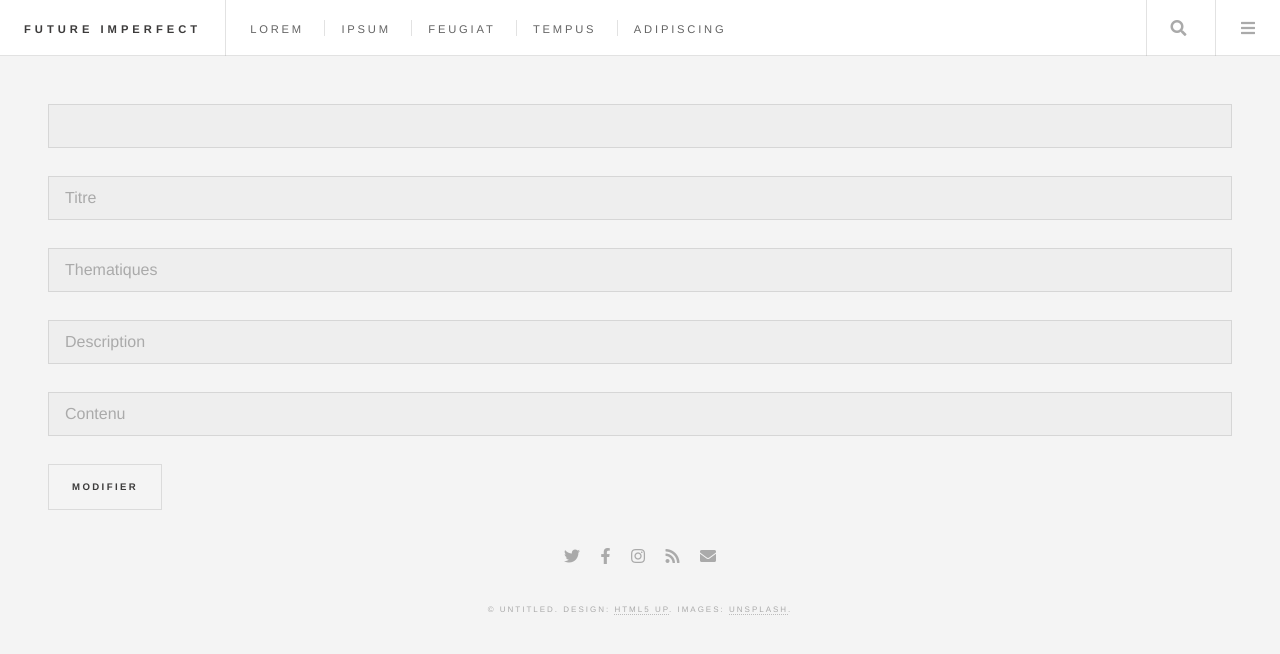
Repository: b0b1n/front-mini-wiki
Page: http://localhost/Mini-Wiki/view/ModifierPage.jsp
An editor plug-in stored every save of this project. The page is shown before and after the next save, followed by the edit.
The browser window is 1280 px wide. The pictures show the whole page.
Some web fonts or font styles are not loaded; a fallback is used. The page is served by Tomcat 10.

Above is the page before, as saved 2022-05-05 22:52:33.

After the next save:
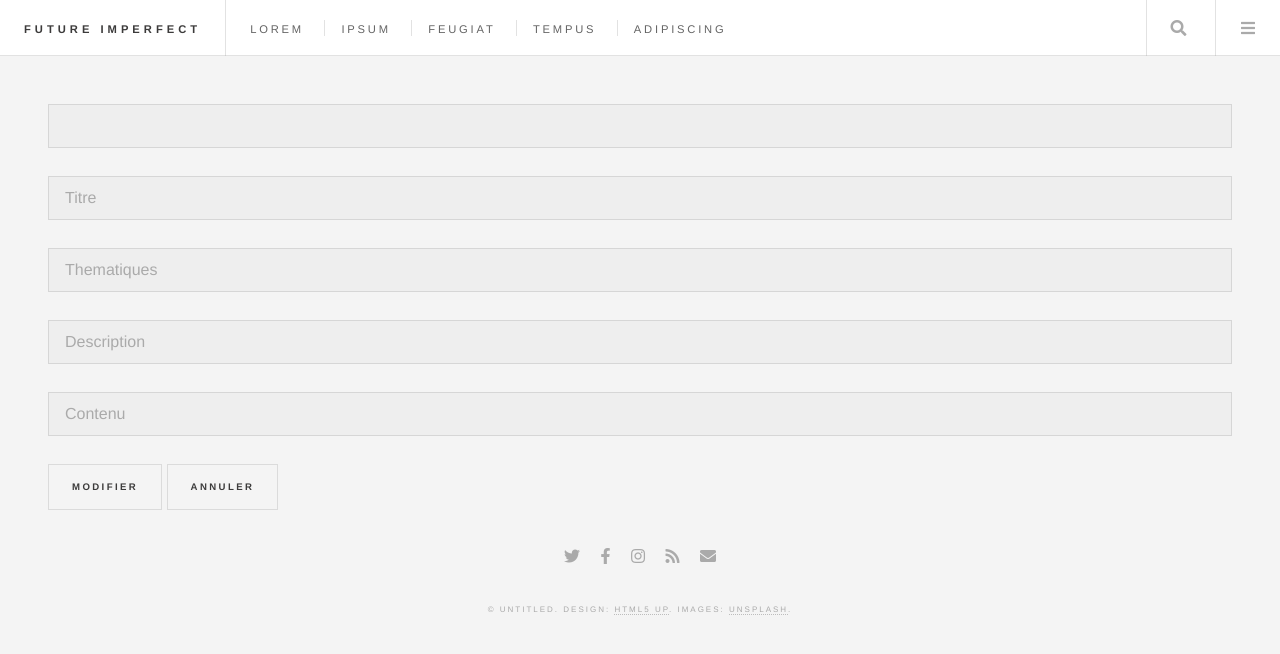
Saved 114 s later.
--- a/Mini-Wiki/src/main/webapp/view/ModifierPage.jsp
+++ b/Mini-Wiki/src/main/webapp/view/ModifierPage.jsp
@@ -107,6 +107,7 @@
 							<input type=text name=Description placeholder="Description"  /><br>
 							<input type=text name=Contenu placeholder="Contenu" /><br>
 							<input type=submit value="Modifier" />
+							<input type="reset" value="Annuler" />
 
 						</form>
 
